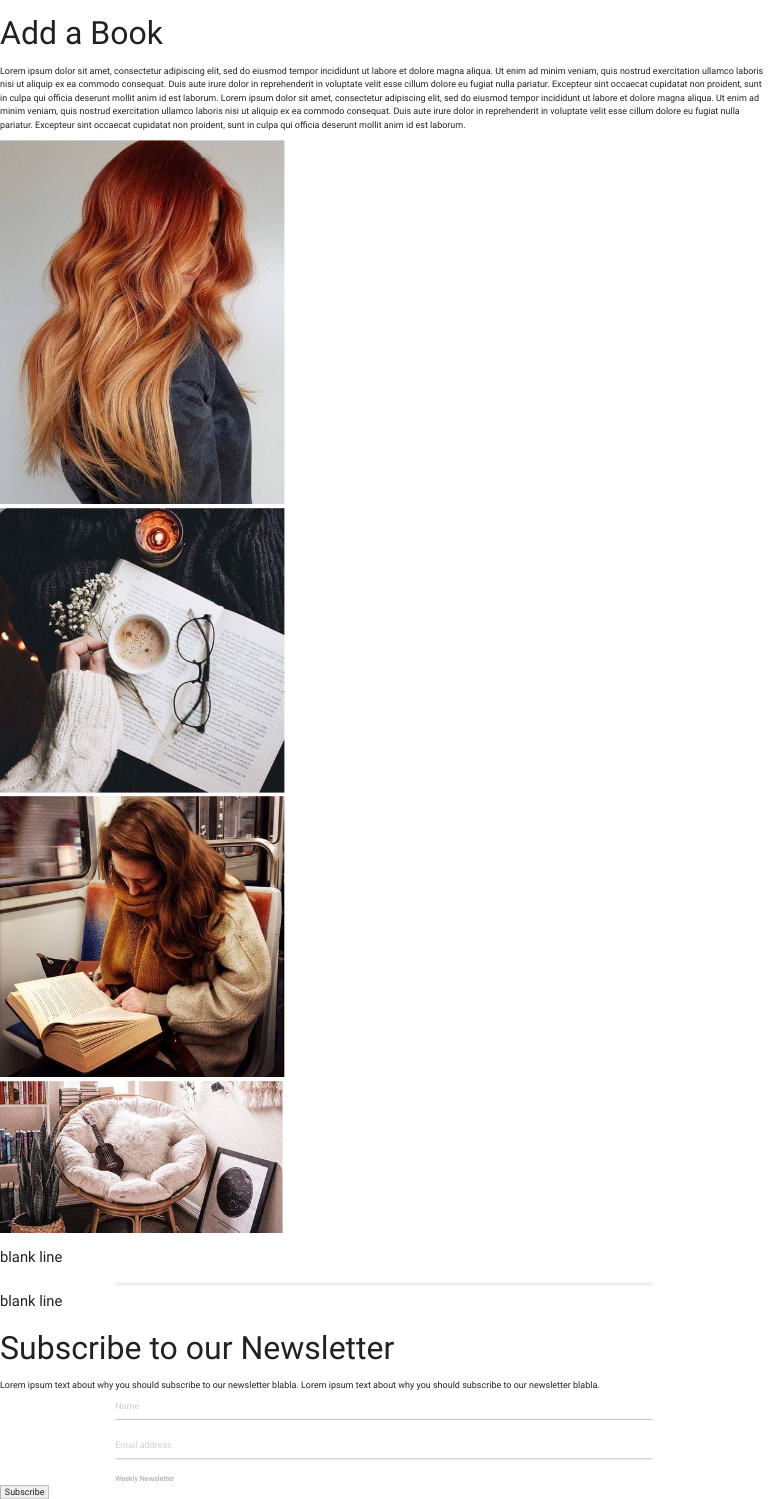
Repository: elizabeth24602/paper-to-screen
Page: http://localhost/forum1
The author's editor kept a record of every edit. The page is drawn from the files as they stood at one moment, then again after the next edit.
The browser window is 1280 px wide. The pictures show the whole page, at 60% of full size.
Some web libraries are served in a nearby version. The page is served by the project's application, run on Flask 3 (app.py). Queries for data that is not in the repository find no rows.

Above is the page before.

### templates/forum1.html
{% extends 'base.html' %}
{% block content %}
         <div class="row container-fluid">
            <a class="col-md-12 logo" href="home.html"></a>
            <div class="col-md-12">
               <h2 class="welcome-title">Add a Book</h2>
               <p class="welcome">Lorem ipsum dolor sit amet, consectetur adipiscing elit, sed do eiusmod tempor incididunt ut labore et dolore magna aliqua.
               Ut enim ad minim veniam, quis nostrud exercitation ullamco laboris nisi ut aliquip ex ea commodo consequat.
               Duis aute irure dolor in reprehenderit in voluptate velit esse cillum dolore eu fugiat nulla pariatur.
               Excepteur sint occaecat cupidatat non proident, sunt in culpa qui officia deserunt mollit anim id est laborum.
               Lorem ipsum dolor sit amet, consectetur adipiscing elit, sed do eiusmod tempor incididunt ut labore et dolore magna aliqua.
               Ut enim ad minim veniam, quis nostrud exercitation ullamco laboris nisi ut aliquip ex ea commodo consequat.
               Duis aute irure dolor in reprehenderit in voluptate velit esse cillum dolore eu fugiat nulla pariatur.
               Excepteur sint occaecat cupidatat non proident, sunt in culpa qui officia deserunt mollit anim id est laborum.
               </p>
            </div>
            <div class="col-md-3 inline-item">
               <img class="picture" src="static/img/haircolour.jpg">
            </div>
            <div class="col-md-3 inline-item">
               <img class="picture" src="static/img/book.jpg">
            </div>
            <div class="col-md-3 inline-item">
               <img class="picture" src="static/img/busbook.jpg">
            </div>
            <div class="col-md-3 inline-item">
               <img class="picture" src="static/img/readingcorner.jpg">
            </div>
         </div>
        <div class="row">
            <div class="col-md-12">
               <h5 class="blank">blank line</h5>
            </div>
         </div>

         <div class="container">
    <ul class="collapsible" data-collapsible="accordion">
        {% for book in book %}
        <li>
            <div class="collapsible-header">
                <div class="col s3">
                    <i class="material-icons">expand_more</i>
                    <a class="waves-effect waves-light btn btn_small">Read</a>
                    <a class="waves-effect waves-light btn btn_small">Watched</a>
                    <a href={{url_for('edit_book', book_id=book._id)}} class="waves-effect waves-light btn btn_small cyan">Edit</a>

                </div>

                <div class=" task_header col s9">
                    <i class="material-icons">expand_more</i><strong>{{book.task_name}}</strong> - {{book.star_rating}}
                </div>
            </div>
            <div class="collapsible-body">
                <span>
                    {{book.task_description}}
                </span>
            </div>
        </li>
        {% endfor %}
    </ul>
    </div>

           <div class="row">
            <div class="col-md-12">
               <h5 class="blank">blank line</h5>
            </div>
         </div>

         <form action="/action_page.php">
            <div class="container-forum">
               <h2>Subscribe to our Newsletter</h2>
               <p>Lorem ipsum text about why you should subscribe to our newsletter blabla. Lorem ipsum text about why you should subscribe to our newsletter blabla.</p>
            </div>
            <div class="container" style="background-color:white">
               <input type="text" placeholder="Name" name="name" required>
               <input type="text" placeholder="Email address" name="mail" required>
               <label>
               <input type="checkbox" checked="checked" name="subscribe"> Weekly Newsletter
               </label>
            </div>
            <div class="container-forum">
               <input type="submit" value="Subscribe">
            </div>
         </form>

{% endblock %}

### templates/base.html
<!DOCTYPE html>
<html>

<head>
    <link href="https://fonts.googleapis.com/icon?family=Material+Icons" rel="stylesheet">
    <link rel="stylesheet" href="https://cdnjs.cloudflare.com/ajax/libs/materialize/0.100.2/css/materialize.min.css">
</head>

<body>
    {% block content %}
    {% endblock %}

    <script src="https://cdnjs.cloudflare.com/ajax/libs/jquery/3.2.1/jquery.min.js"></script>
    <script src="https://cdnjs.cloudflare.com/ajax/libs/materialize/0.100.2/js/materialize.min.js"></script>
    <script type="text/javascript">
        $(document).ready(function() {
            $('.collapsible').collapsible();
            $('select').material_select();
        })
    </script>
</body>

</html>

### app.py
from os import path
if path.exists("env.py"):
    import env


import os
from flask import Flask, render_template, redirect, request, url_for
from flask_pymongo import PyMongo
from bson.objectid import ObjectId
from bson.objectid import ObjectId

app = Flask(__name__)
app.config["MONGO_DBNAME"] = 'book_manager'
app.config["MONGO_URI"] = ('mongodb+srv://Elizabeth24602:Gavroche24602@myfirstcluster-xtdqk.mongodb.net/book_manager?retryWrites=true&w=majority')

mongo = PyMongo(app)

@app.route('/')
@app.route('/index1')
def index():
    return render_template("index1.html")

@app.route('/about1')
def about():
    return render_template("about1.html")

@app.route('/choices1')
def choices():
    return render_template("choices1.html")

@app.route('/forum1')
def get_book():
    return render_template("forum1.html", book=mongo.db.book.find())

@app.route('/add_book')
def add_book():
    return render_template('addbook.html',
                            categories=mongo.db.categories.find())

@app.route('/insert_book', methods=['POST'])
def insert_book():
    tasks = mongo.db.book
    tasks.insert_one(request.form.to_dict())
    return redirect(url_for('get_book'))

@app.route('/edit_book/<book_id>')
def edit_book(book_id):
    the_book =  mongo.db.book.find_one({"_id": ObjectId(book_id)})
    all_categories =  mongo.db.categories.find()
    return render_template('editbook.html', book=the_book,
                           categories=all_categories)

@app.route('/update_book/<book_id>', methods=["POST"])
def update_book(book_id):
    tasks = mongo.db.tasks
    tasks.update( {'_id': ObjectId(book_id)},
    {
        'task_name':request.form.get('task_name'),
        'category_name':request.form.get('category_name'),
        'task_description': request.form.get('task_description'),
        'star_rating': request.form.get('star_rating'),
        'is_urgent':request.form.get('is_urgent')
    })
    return redirect(url_for('get_book'))

@app.route('/delete_book/<book_id>')
def delete_task(book_id):
    mongo.db.tasks.remove({'_id': ObjectId(book_id)})
    return redirect(url_for('get_book'))

if __name__ == '__main__':
    app.run(host=os.environ.get('IP'),
            port=int(os.environ.get('PORT')),
            debug=True)

After the next edit:
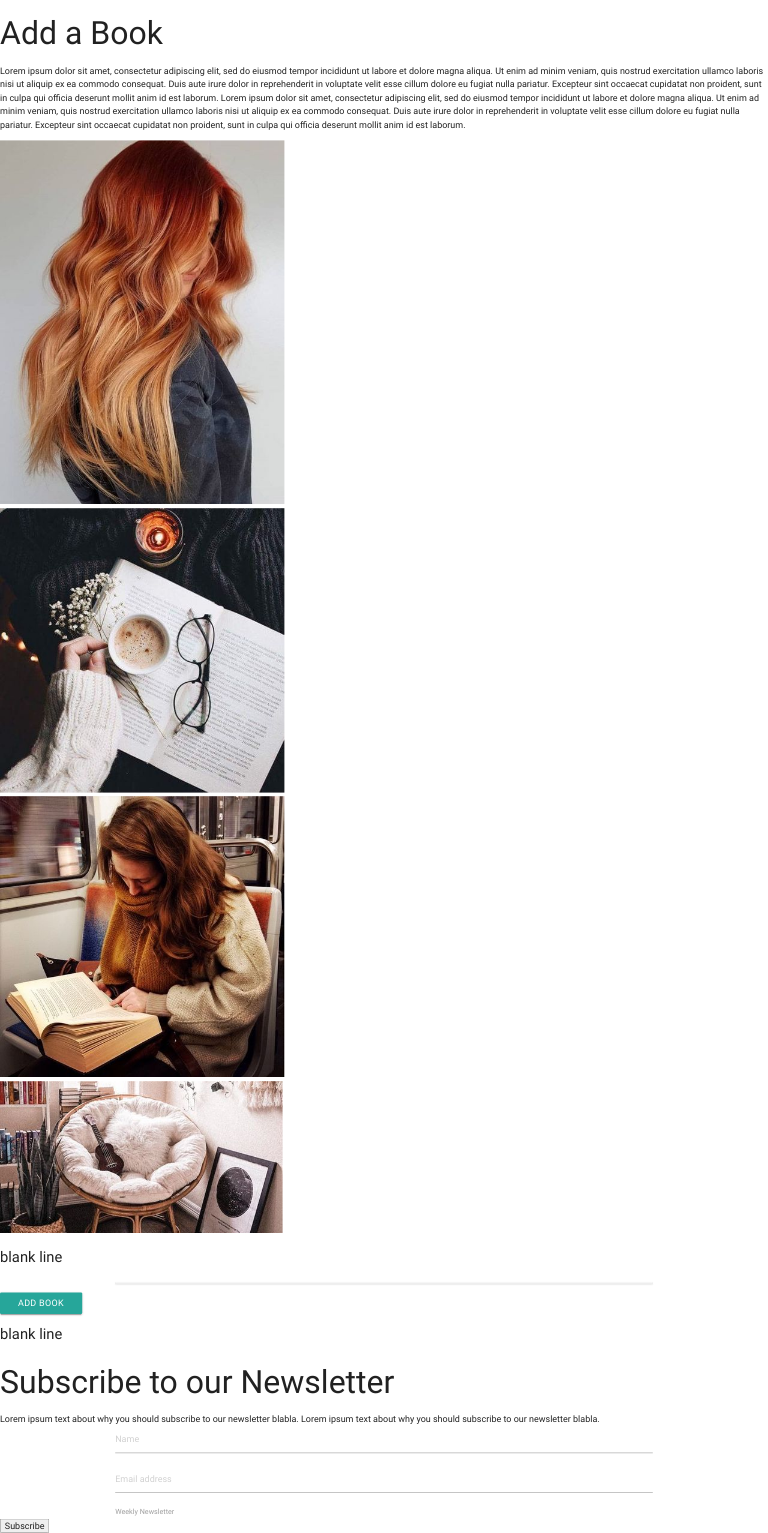
The edit:
--- a/templates/forum1.html
+++ b/templates/forum1.html
@@ -59,6 +59,10 @@
         {% endfor %}
     </ul>
     </div>
+        <div class="row">
+            <button class="btn waves-effect waves-light" type="submit" name="action">Add Book
+             </button>
+        </div>
 
            <div class="row">
             <div class="col-md-12">
